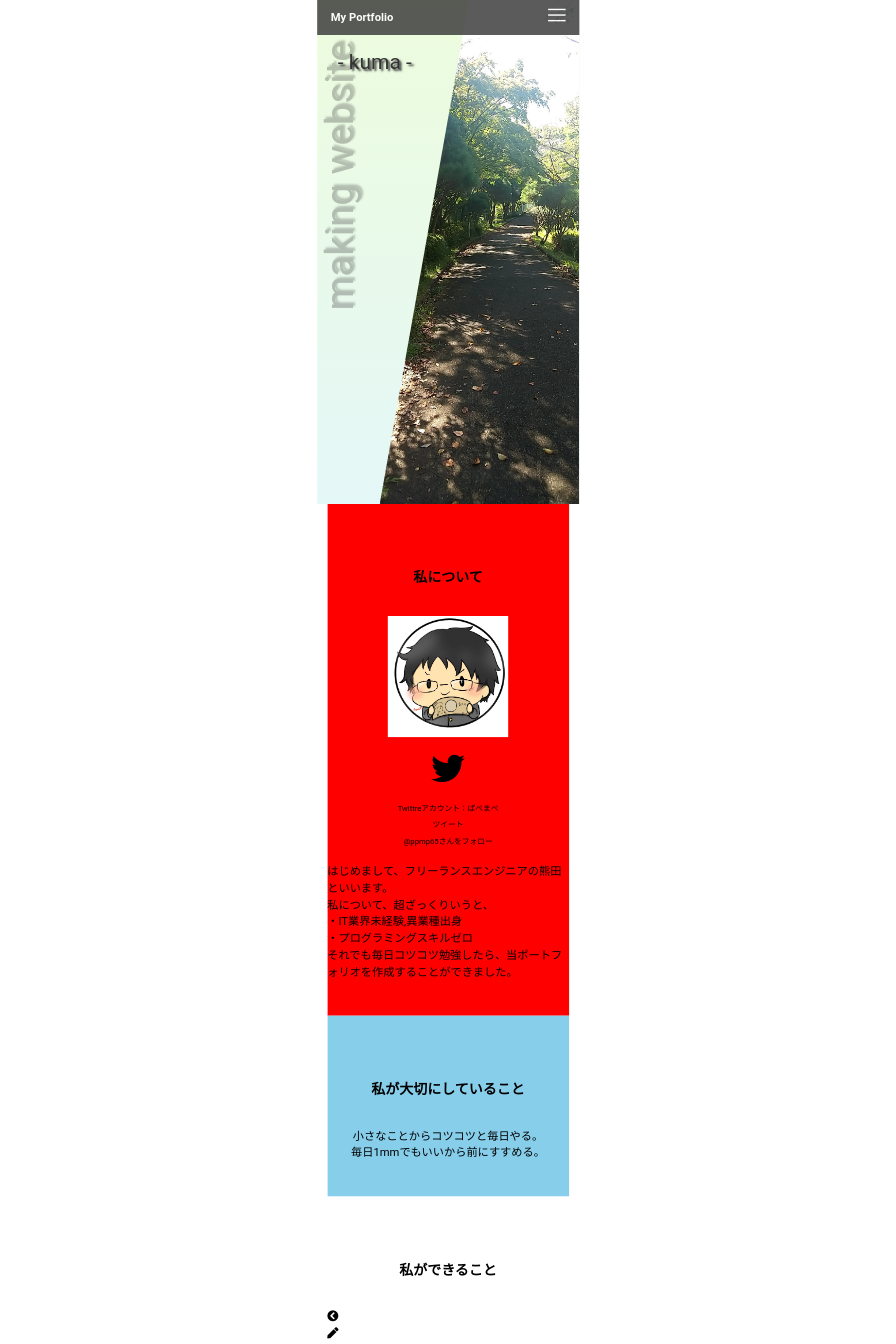
Repository: ppmp556/portfolio6
Page: index copy.html
An editor plug-in stored every save of this project. The page is shown before and after the next save, followed by the edit.
The browser window is 1280 px wide. The pictures show the part of the page from y = 0 to 1920 px (the page is 3189 px tall), at 70% of full size.
Some web libraries are served in a nearby version. The style sheet was rebuilt from its Sass, Less or Tailwind sources for each picture, by a compiler version that may differ from the author's.

Above is the page before, as saved 2020-10-13 16:25:59.
Console error: TypeError: Cannot read properties of null (reading 'addEventListener')

After the next save:
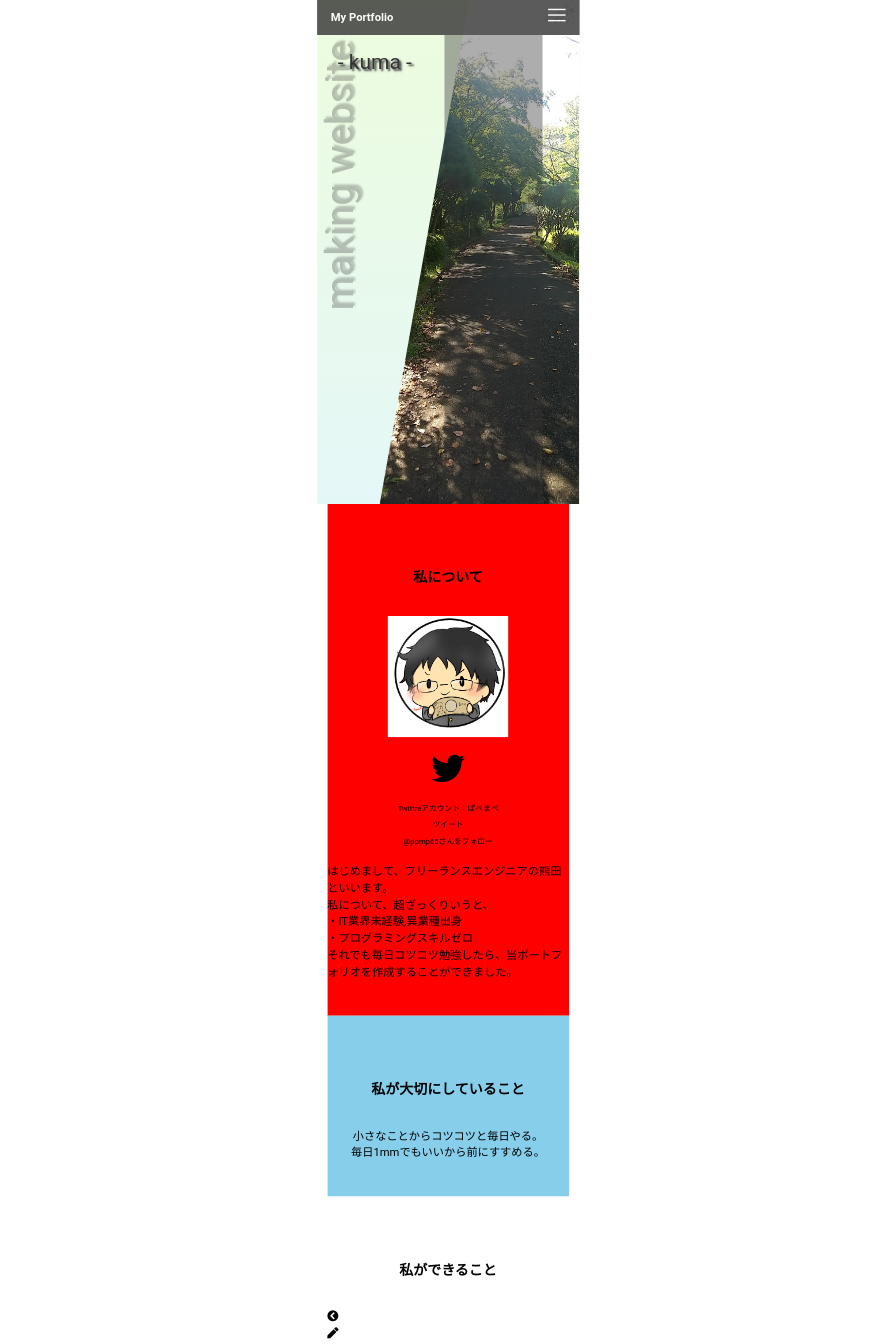
Saved 44 s later.
--- a/css/main.scss
+++ b/css/main.scss
@@ -317,7 +317,7 @@
             transition: .6s;
         }
 
-            &::before.clicked{
+        &::before{
                 content: '';
                 position: absolute;
                 top: 0;
@@ -326,6 +326,10 @@
                 opacity: .5;
                 width: 140px;
                 height: 100vh;
+
+                &.clicked {
+                    left: 0;
+                }
             }
     }
 

After the 2 saves that followed:
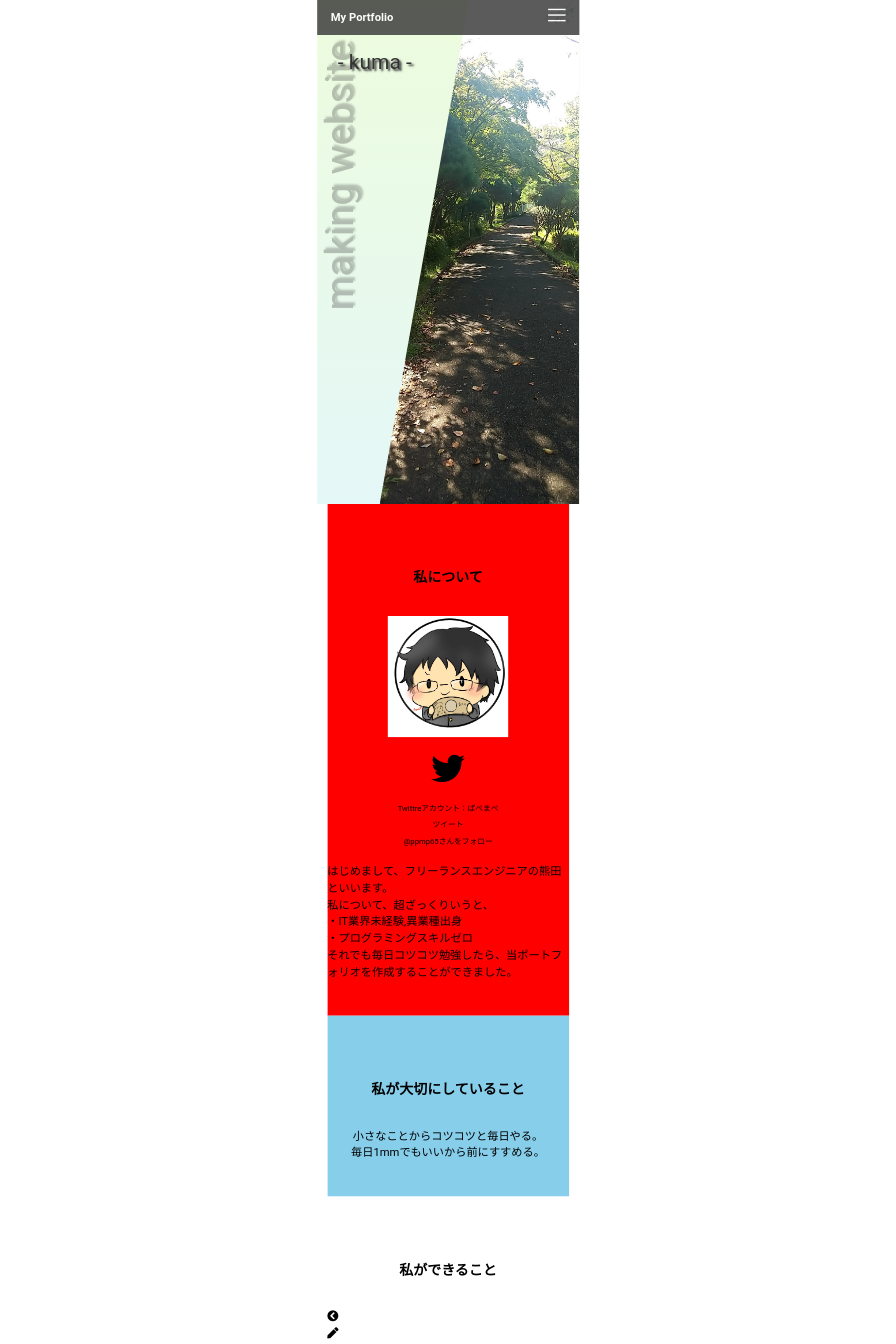
The 2 saves are shown as one change because 1 left the picture as it was.
The last was saved 2 min 33 s later.
--- a/css/main.scss
+++ b/css/main.scss
@@ -321,14 +321,14 @@
                 content: '';
                 position: absolute;
                 top: 0;
-                left: -403px;
+                left: 138px;
                 background-color: $cBlack;
                 opacity: .5;
                 width: 140px;
                 height: 100vh;
 
                 &.clicked {
-                    left: 0;
+                    left: 138px;
                 }
             }
     }
